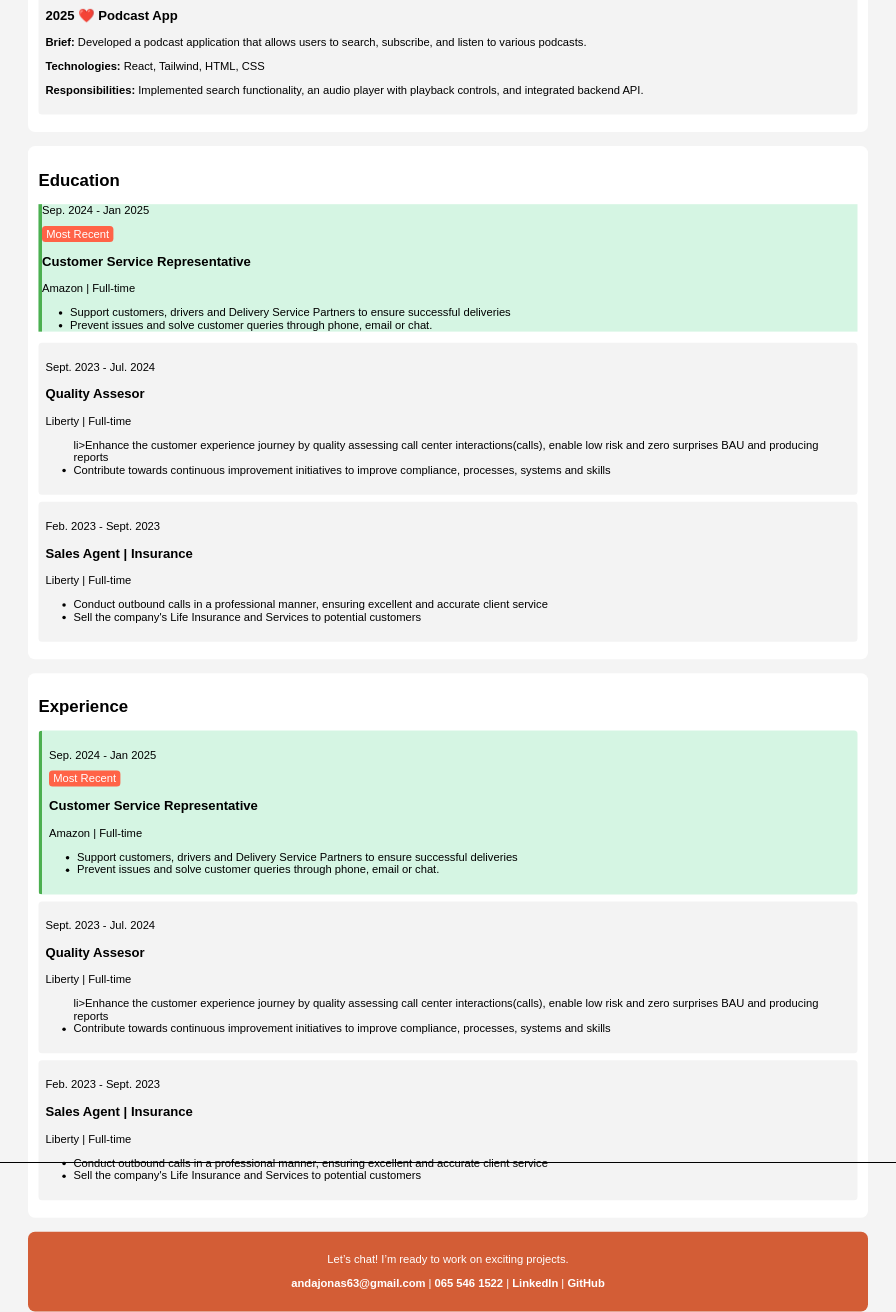
Repository: andajonas/ANDJON25111_fto2502_A2_AndaJonas_SDF_Portfolio_Piece
Page: index.html
The author's editor kept a copy of each file at every save. The page is drawn from the files as they stood at one save, then again after the next save.
The browser window is 1280 px wide. The pictures show the part of the page from y = 1244 to 3164 px (the page is 3118 px tall before and 3164 px after), at 70% of full size.
A picture or video elsewhere on the page could not be fetched, so the positions and the page height are approximate.

Above is the page before, as saved 2025-04-03 17:55:45.

After the next save:
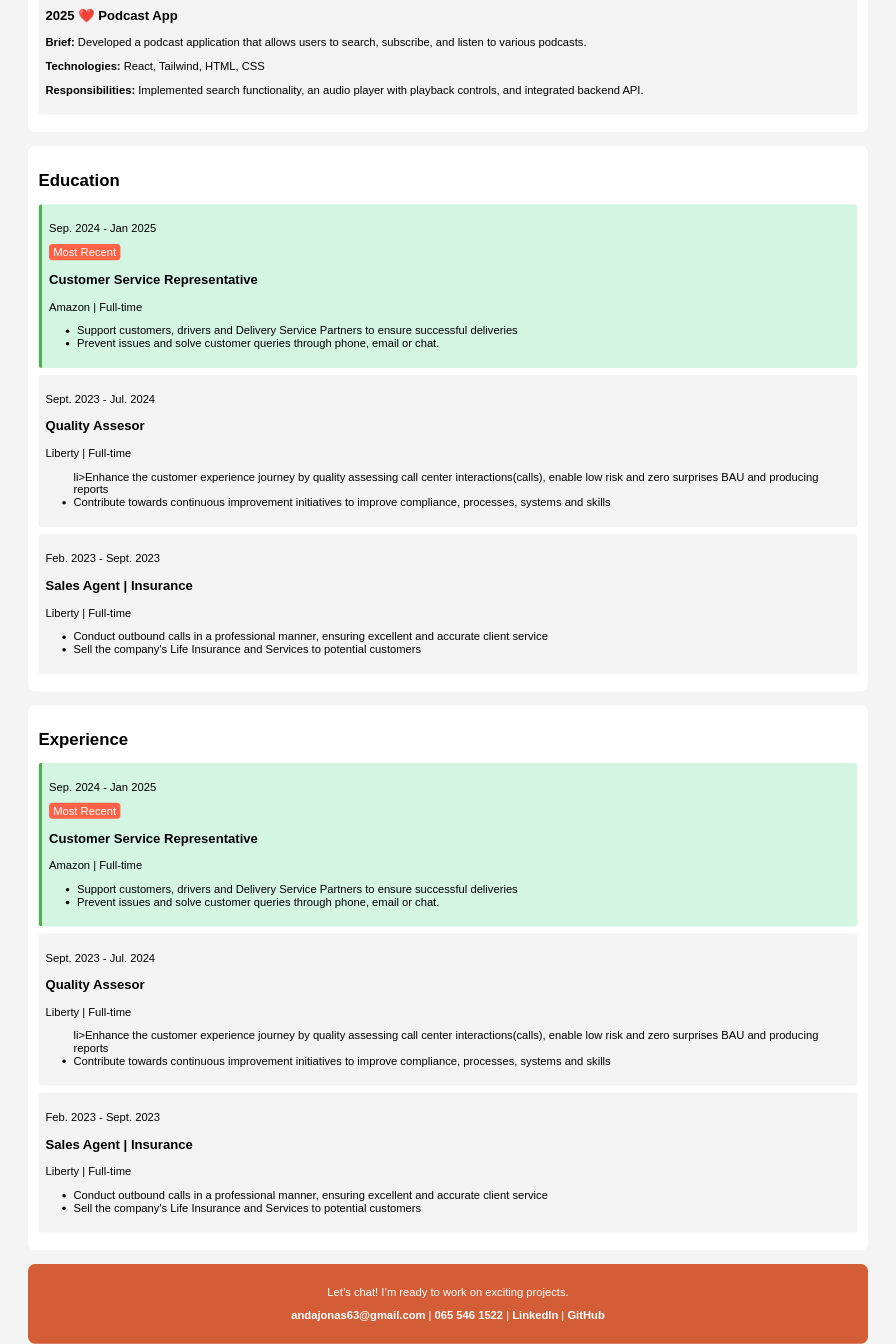
Saved 8 s later.
--- a/styles.css
+++ b/styles.css
@@ -92,7 +92,7 @@ body {
     border-radius: 10px;
 }
 
-.experience-card {
+.education-card {
     background: #f3f3f3;
     padding: 10px;
     border-radius: 5px;
